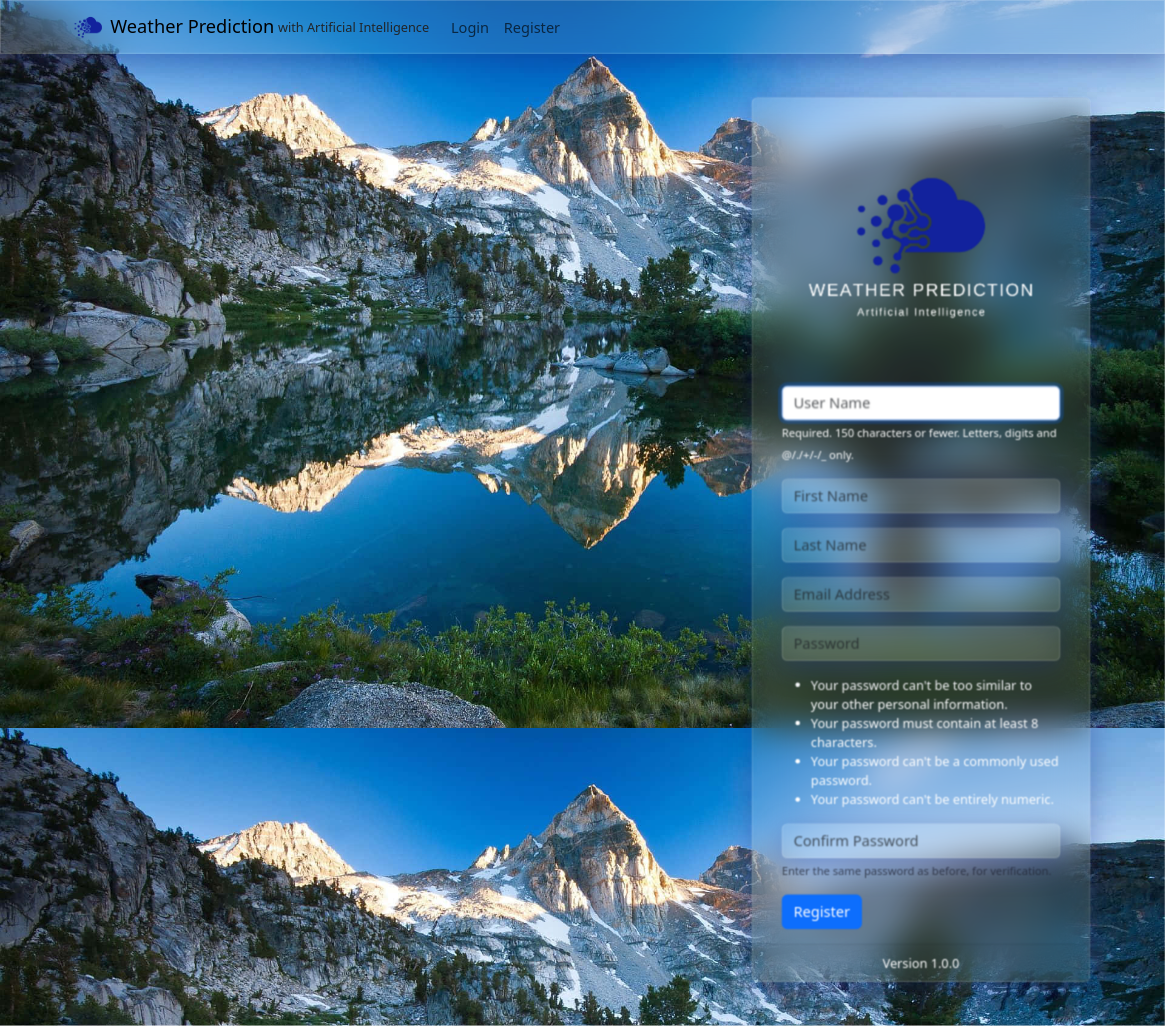
Repository: rustycoder/weather_prediction
Page: http://localhost/weather_admin/register
The author's editor kept a copy of each file at every save. The page is drawn from the files as they stood at one save, then again after the next save.
The browser window is 1280 px wide. The pictures show the whole page, at 91% of full size.
Backgrounds fixed to the window are drawn as part of the page. The page is served by the project's application, run on Django 5.2 (manage.py). Other server files are loaded and not shown.

Above is the page before, as saved 2025-03-03 19:57:03.

### weather_admin/templates/register.html
{% extends 'base.html' %}
{% load static %}
{% block content %}
<div class="col-md-4 offset-md-8">
    <div class="card my-5 glass">
        <div class="card-body">
            <div class="col-md-12 px-3">
                <img src="{% static 'images/logo_full_white.png' %}" class="rounded mx-auto d-block" width="300"
                    alt="Weather Prediction Logo">

                <form method="POST" action="">
                    {% csrf_token %}
                    {% if form.errors %}
                    <div class="alert alert-warning alert-dismissible fade show" role="alert">
                        Your Form Has Errors
                        {% for field in form %}
                        {% if field.errors %}
                        {{ field.errors }}
                        {% endif %}
                        {% endfor %}
                        <button type="button" class="btn-close" data-bs-dismiss="alert" aria-label="Close"></button>
                    </div>
                    {% endif %}

                    {{ form.as_p }}

                    <button type="submit" class="btn btn-primary">Register</button>
                </form>
            </div>
        </div>
        <div class="card-footer text-body-secondary text-center">
            <small class="text-white">Version 1.0.0</small>
        </div>
    </div>
</div>

{% endblock %}

### weather_admin/templates/base.html
<!doctype html>
<html lang="en">

<head>
    <meta charset="utf-8">
    <meta name="viewport" content="width=device-width, initial-scale=1">
    <title>Weather Prediction</title>
    <link href="https://cdn.jsdelivr.net/npm/bootstrap@5.3.3/dist/css/bootstrap.min.css" rel="stylesheet"
        integrity="sha384-QWTKZyjpPEjISv5WaRU9OFeRpok6YctnYmDr5pNlyT2bRjXh0JMhjY6hW+ALEwIH" crossorigin="anonymous">
    {% load static %}
    <link rel="stylesheet" href="{% static 'css/style.css' %}" type="text/css">
    <link rel="icon" href="{% static 'images/logo_fav.ico' %}" type="image/x-icon">
</head>

<body class="beautiful_bg">
    {% include 'navbar.html' %}
    <div class="container">
        {% if messages %}
        {% for message in messages %}
        <div class="alert alert-warning alert-dismissible fade show mt-5" role="alert">
            <strong>Hey!</strong> {{message}}
            <button type="button" class="btn-close" data-bs-dismiss="alert" aria-label="Close"></button>
        </div>
        {% endfor %}
        {% endif %}
        {% block content %}
        {% endblock %}
    </div>
    <script src="https://cdn.jsdelivr.net/npm/bootstrap@5.3.3/dist/js/bootstrap.bundle.min.js"
        integrity="sha384-YvpcrYf0tY3lHB60NNkmXc5s9fDVZLESaAA55NDzOxhy9GkcIdslK1eN7N6jIeHz"
        crossorigin="anonymous"></script>
</body>

</html>

### weather_admin/templates/navbar.html
{% load static %}
<nav class="navbar navbar-expand-lg sticky-top glass">
    <div class="container">
        <a class="navbar-brand me-1" href="{% url 'weather_admin_dashboard' %}">
            <img src="{% static 'images/logo.png' %}" alt="Weather Prediction Logo" height="30"
                class="d-inline-block align-text-top me-1">
            Weather Prediction
        </a>
        <small class="fw-lighter mb-0 me-3 align-bottom">with Artificial Intelligence</small>
        <button class="navbar-toggler" type="button" data-bs-toggle="collapse" data-bs-target="#navbarSupportedContent"
            aria-controls="navbarSupportedContent" aria-expanded="false" aria-label="Toggle navigation">
            <span class="navbar-toggler-icon"></span>
        </button>
        <div class="collapse navbar-collapse" id="navbarSupportedContent">
            {% if user.is_authenticated %}
            <ul class="navbar-nav me-auto mb-2 mb-lg-0">
                <li class="nav-item"><a class="nav-link" href="{% url 'weather_admin_dashboard' %}">Dashboard</a></li>
                <li class="nav-item dropdown">
                    <a class="nav-link dropdown-toggle" href="#" role="button" data-bs-toggle="dropdown"
                        aria-expanded="false">
                        Weather
                    </a>
                    <ul class="dropdown-menu">
                        <li><a class="dropdown-item" href="{% url 'weather_admin_weather_realtime' %}">Realtime</a></li>
                        <li><a class="dropdown-item" href="{% url 'weather_admin_weather_forecast' %}">Forecast</a></li>
                        <li>
                            <hr class="dropdown-divider">
                        </li>
                        <li><a class="dropdown-item" href="{% url 'weather_admin_weather_prediction' %}">Prediction</a>
                        </li>
                    </ul>
                </li>
                <li class="nav-item dropdown">
                    <a class="nav-link dropdown-toggle" href="#" role="button" data-bs-toggle="dropdown"
                        aria-expanded="false">
                        Air Pollution
                    </a>
                    <ul class="dropdown-menu">
                        <li><a class="dropdown-item"
                                href="{% url 'weather_admin_air_pollution_realtime' %}">Realtime</a></li>
                        <li><a class="dropdown-item"
                                href="{% url 'weather_admin_air_pollution_forecast' %}">Forecast</a></li>
                    </ul>
                </li>
                <li class="nav-item"><a class="nav-link" href="{% url 'weather_admin_profile' %}">Profile</a></li>
                <li class="nav-item"><a class="nav-link" href="{% url 'weather_admin_logout' %}">Logout</a></li>
            </ul>
            <form class="d-flex" role="search" method="POST" , action="{% url 'weather_admin_search' %}">
                {% csrf_token %}
                <input class="form-control me-2" type="search" placeholder="City, State" aria-label="Search"
                    name="location">
                <button class="btn btn-outline-success" type="submit">Search</button>
            </form>
            {% else %}
            <ul class="navbar-nav me-auto mb-2 mb-lg-0">
                <li class="nav-item"><a class="nav-link" href="{% url 'weather_admin_login' %}">Login</a></li>
                <li class="nav-item"><a class="nav-link" href="{% url 'weather_admin_register' %}">Register</a></li>
            </ul>
            {% endif %}
        </div>
    </div>
</nav>

### weather_admin/forms.py
from django.contrib.auth.forms import UserCreationForm
from django.contrib.auth.models import User
from weather_admin.models import Profile
from django.forms import ModelForm
from django import forms


class SignUpForm(UserCreationForm):

	email = forms.EmailField(label="", widget=forms.TextInput(attrs={'class':'form-control glass', 'placeholder':'Email Address'}))
	first_name = forms.CharField(label="", max_length=100, widget=forms.TextInput(attrs={'class':'form-control glass', 'placeholder':'First Name'}))
	last_name = forms.CharField(label="", max_length=100, widget=forms.TextInput(attrs={'class':'form-control glass', 'placeholder':'Last Name'}))


	class Meta:
		model = User
		fields = ('username', 'first_name', 'last_name', 'email', 'password1', 'password2')


	def __init__(self, *args, **kwargs):
		super(SignUpForm, self).__init__(*args, **kwargs)

		self.fields['username'].widget.attrs['class'] = 'form-control glass'
		self.fields['username'].widget.attrs['placeholder'] = 'User Name'
		self.fields['username'].label = ''
		self.fields['username'].help_text = '<span class="form-text text-muted"><small class="text-white">Required. 150 characters or fewer. Letters, digits and @/./+/-/_ only.</small></span>'

		self.fields['password1'].widget.attrs['class'] = 'form-control glass'
		self.fields['password1'].widget.attrs['placeholder'] = 'Password'
		self.fields['password1'].label = ''
		self.fields['password1'].help_text = '<ul class="form-text text-muted small"><li class="text-white">Your password can\'t be too similar to your other personal information.</li><li class="text-white">Your password must contain at least 8 characters.</li><li class="text-white">Your password can\'t be a commonly used password.</li><li class="text-white">Your password can\'t be entirely numeric.</li></ul>'

		self.fields['password2'].widget.attrs['class'] = 'form-control glass'
		self.fields['password2'].widget.attrs['placeholder'] = 'Confirm Password'
		self.fields['password2'].label = ''
		self.fields['password2'].help_text = '<span class="form-text text-muted"><small>Enter the same password as before, for verification.</small></span>'

class ProfileForm(ModelForm):

	phone = forms.CharField(label="", min_length=10, max_length=10, widget=forms.TextInput(attrs={'class':'form-control', 'placeholder':'Phone'}), help_text='<span class="form-text text-muted"><small>Phone number should be 10 digit.</small></span>')
	address = forms.CharField(label="", max_length=100, widget=forms.TextInput(attrs={'class':'form-control', 'placeholder':'Address'}))
	city = forms.CharField(label="", max_length=50, widget=forms.TextInput(attrs={'class':'form-control', 'placeholder':'City'}))
	state = forms.CharField(label="", max_length=50, widget=forms.TextInput(attrs={'class':'form-control', 'placeholder':'State'}))
	zipcode = forms.CharField(label="", max_length=10, widget=forms.TextInput(attrs={'class':'form-control', 'placeholder':'Zipcode'}))

	class Meta:
		model = Profile
		fields = ["phone", "address", "city", "state", "zipcode"]

	def __init__(self, *args, **kwargs):
		super(ProfileForm, self).__init__(*args, **kwargs)

	def clean_phone(self):
		phone = self.cleaned_data['phone']
		if not phone.isdigit():
			raise forms.ValidationError("Phone number must be only digits.")
		if len(phone) != 10:
			raise forms.ValidationError("Phone number must be 10 digits.")
		return phone

	def clean_zipcode(self):
		zipcode = self.cleaned_data['zipcode']
		if not zipcode.isdigit():
			raise forms.ValidationError("Zipcode must contain only digits.")
		return zipcode

### weather_prediction/urls.py
"""
URL configuration for weather_prediction project.

The `urlpatterns` list routes URLs to views. For more information please see:
    https://docs.djangoproject.com/en/5.1/topics/http/urls/
Examples:
Function views
    1. Add an import:  from my_app import views
    2. Add a URL to urlpatterns:  path('', views.home, name='home')
Class-based views
    1. Add an import:  from other_app.views import Home
    2. Add a URL to urlpatterns:  path('', Home.as_view(), name='home')
Including another URLconf
    1. Import the include() function: from django.urls import include, path
    2. Add a URL to urlpatterns:  path('blog/', include('blog.urls'))
"""
from django.contrib import admin
from django.urls import path, include

urlpatterns = [
    path('admin/', admin.site.urls),
    path('weather_admin/', include('weather_admin.urls')),
]

### weather_admin/urls.py
from django.urls import path
from . import views

urlpatterns = [
    path('', views.admin_dashboard, name='weather_admin_dashboard'),
    path('search', views.admin_search, name='weather_admin_search'),
    path('login', views.admin_login, name='weather_admin_login'),
    path('register', views.admin_register, name='weather_admin_register'),
    path('logout', views.admin_logout, name='weather_admin_logout'),
    path('forgot_password', views.admin_forgot_password, name='weather_admin_forgot_password'),
    path('reset_password', views.admin_reset_password, name='weather_admin_reset_password'),

    path('profile', views.profile, name='weather_admin_profile'),
    path('update_profile', views.profile_update, name='weather_admin_profile_update'),

    path('weather_realtime', views.weather_realtime, name='weather_admin_weather_realtime'),
    path('weather_forecast', views.weather_forecast, name='weather_admin_weather_forecast'),
    path('weather_prediction', views.weather_prediction, name='weather_admin_weather_prediction'),

    path('air_pollution_realtime', views.air_pollution_realtime, name='weather_admin_air_pollution_realtime'),
    path('air_pollution_forecast', views.air_pollution_forecast, name='weather_admin_air_pollution_forecast'),

]

### weather_admin/static/css/style.css
.bd-callout {
    --bs-link-color-rgb: var(--bd-callout-link);
    --bs-code-color: var(--bd-callout-code-color);
    padding: 1.25rem;
    margin-top: 1.25rem;
    margin-bottom: 1.25rem;
    color: var(--bd-callout-color, inherit);
    background-color: var(--bd-callout-bg, var(--bs-gray-100));
    border-left: 0.25rem solid var(--bd-callout-border, var(--bs-gray-300));
}

.bd-callout-info {
    --bd-callout-color: var(--bs-info-text-emphasis);
    --bd-callout-bg: var(--bs-info-bg-subtle);
    --bd-callout-border: var(--bs-info-border-subtle);
}
.bd-callout {
    --bs-link-color-rgb: var(--bd-callout-link);
    --bs-code-color: var(--bd-callout-code-color);
    padding: 1.25rem;
    margin-top: 1.25rem;
    margin-bottom: 1.25rem;
    color: var(--bd-callout-color, inherit);
    background-color: var(--bd-callout-bg, var(--bs-gray-100));
    border-left: 0.25rem solid var(--bd-callout-border, var(--bs-gray-300));
}

.bd-callout-info {
    --bd-callout-color: var(--bs-info-text-emphasis);
    --bd-callout-bg: var(--bs-info-bg-subtle);
    --bd-callout-border: var(--bs-info-border-subtle);
}
.glass {
    background: rgba( 255, 255, 255, 0.1 );
    box-shadow: 0 8px 32px 0 rgba( 31, 38, 135, 0.37 );
    backdrop-filter: blur( 20px );
    -webkit-backdrop-filter: blur( 20px );
    border: 1px solid rgba( 255, 255, 255, 0.18 );
}

.beautiful_bg {
    background-image: url('../images/beautiful_bg.jpg');
    background-repeat: no-repeat;
    background-attachment: fixed;
    background-size: cover;
}

Loaded but not shown: weather_admin/views.py (285 lines, source omitted)

After the next save:
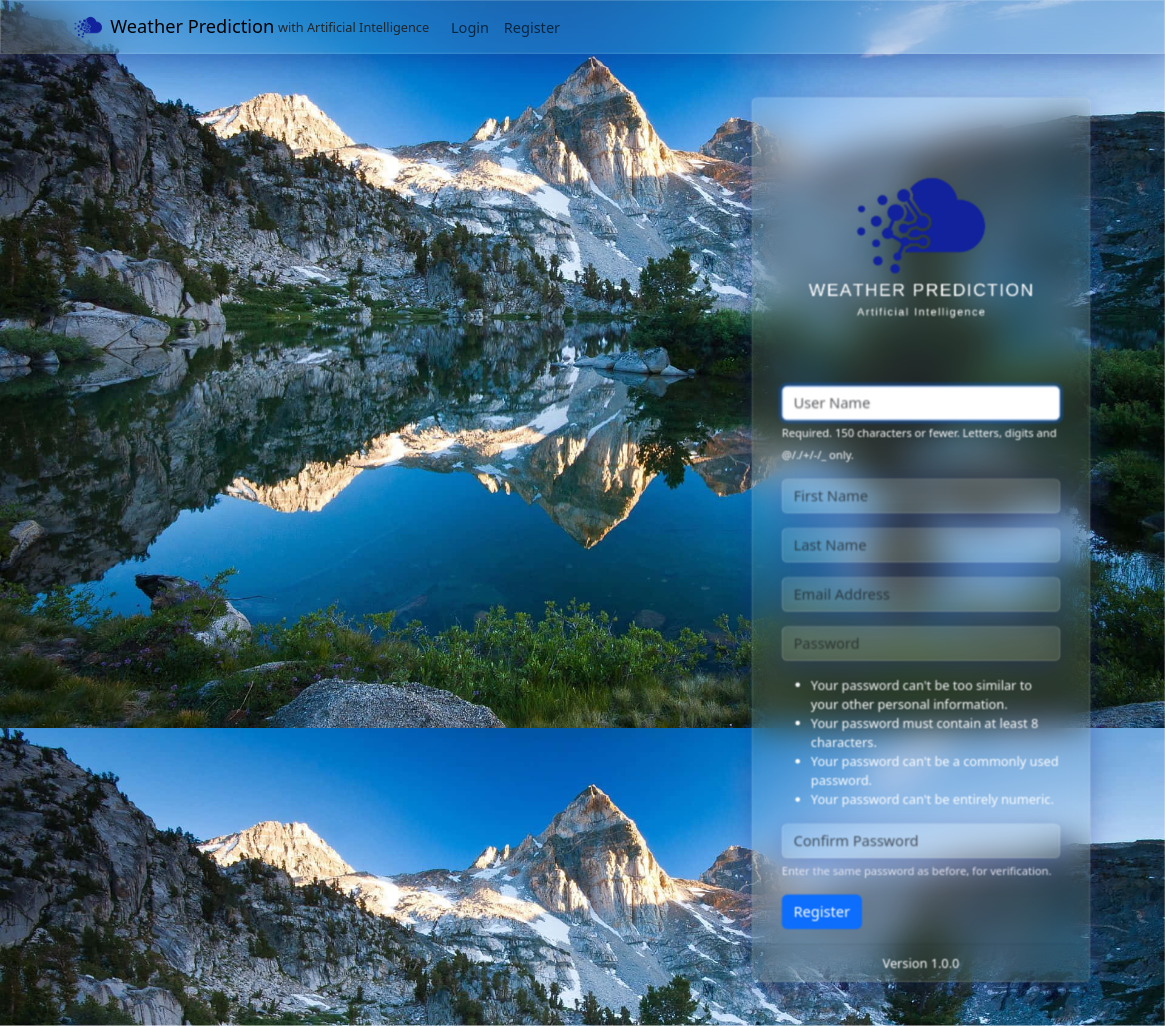
Saved 7 s later.
--- a/weather_admin/forms.py
+++ b/weather_admin/forms.py
@@ -33,7 +33,7 @@
 		self.fields['password2'].widget.attrs['class'] = 'form-control glass'
 		self.fields['password2'].widget.attrs['placeholder'] = 'Confirm Password'
 		self.fields['password2'].label = ''
-		self.fields['password2'].help_text = '<span class="form-text text-muted"><small>Enter the same password as before, for verification.</small></span>'
+		self.fields['password2'].help_text = '<span class="form-text text-muted"><small class="text-white">Enter the same password as before, for verification.</small></span>'
 
 class ProfileForm(ModelForm):
 
